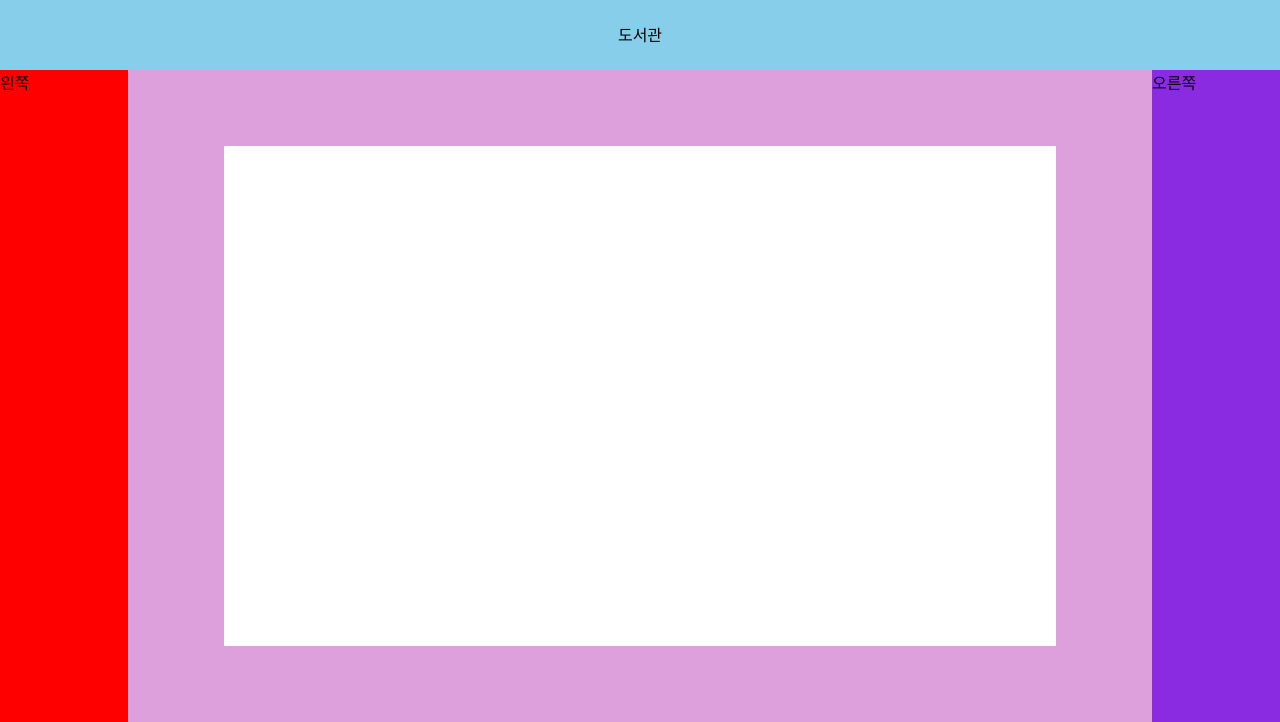
Repository: sojihwan/API_-Multi
Page: / (app in API/)
An editor plug-in stored every save of this project. The page is shown before and after the next save, followed by the edit.
The browser window is 1280 px wide. The pictures show the whole page.
The project was rebuilt for these pictures with package versions that can differ from the ones it lists, and the page was loaded fresh each time. Also part of the build but not shown: API/src/App.css.

Above is the page before, as saved 2022-05-24 15:29:38.

After the next save:
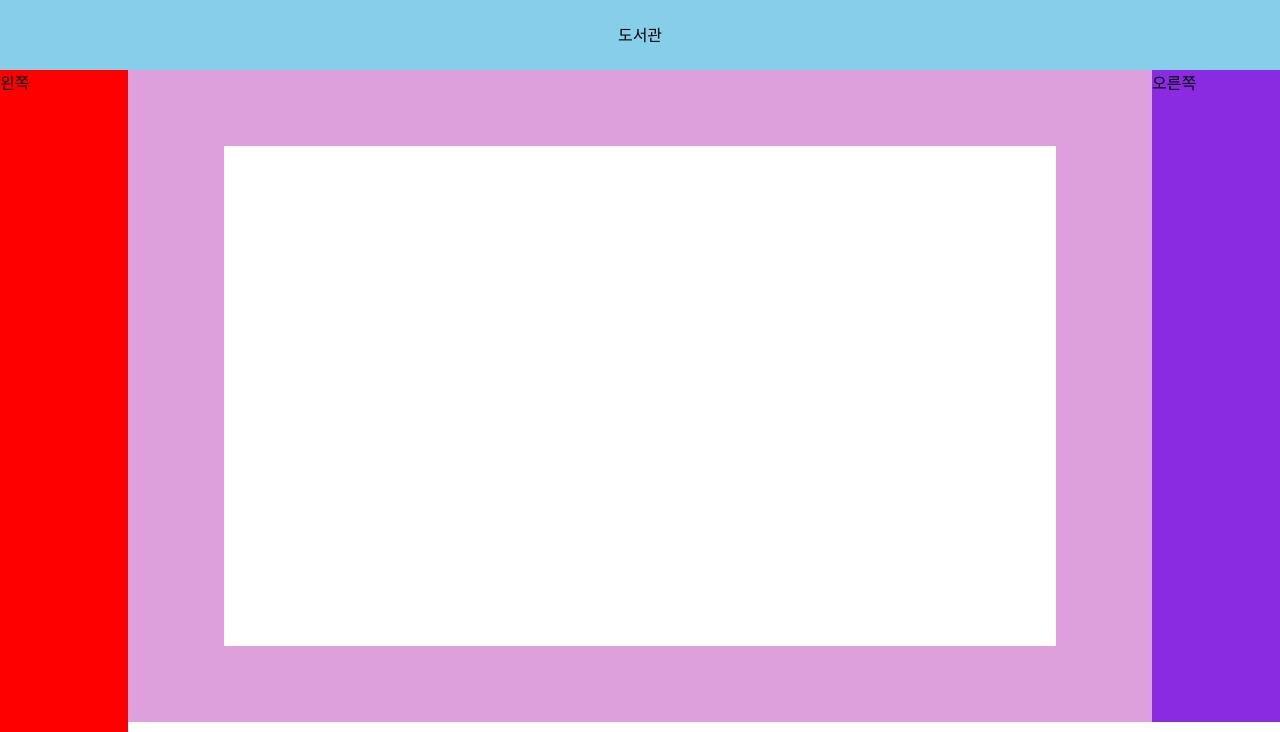
Saved 47 s later.
--- a/API/src/Layout/layout.css
+++ b/API/src/Layout/layout.css
@@ -18,7 +18,7 @@ main aside:first-child {
   position: absolute;
   left: 0;
   width: 10%;
-  height: 90.6%;
+  height: 92%;
   background: red;
 }
 
